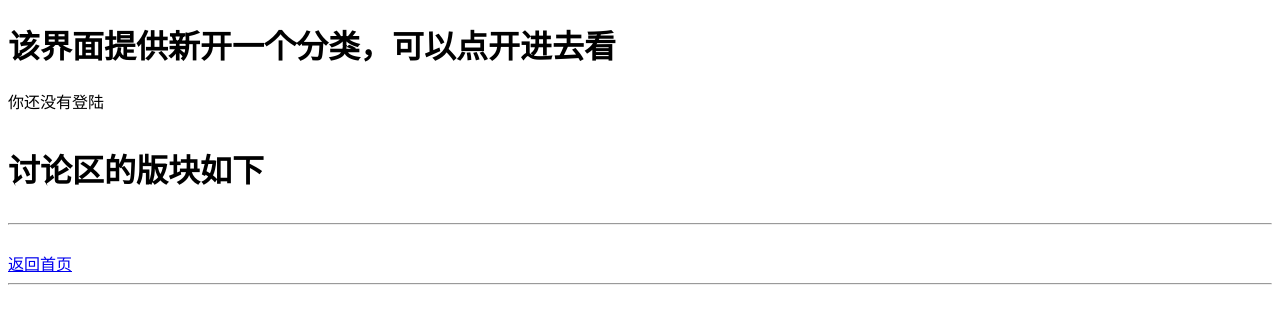
Repository: hbisheng/Academic-portal-website
Page: http://localhost/NewInfo/admin/discussion_manage.jsp
An editor plug-in stored every save of this project. The page is shown before and after a run of saves, followed by the edit.
The browser window is 1280 px wide. The pictures show the whole page.
The page is served by Tomcat 9. Queries for data that is not in the repository find no rows.

Above is the page before, as saved 2014-09-20 15:23:03.

After the next 2 saves:
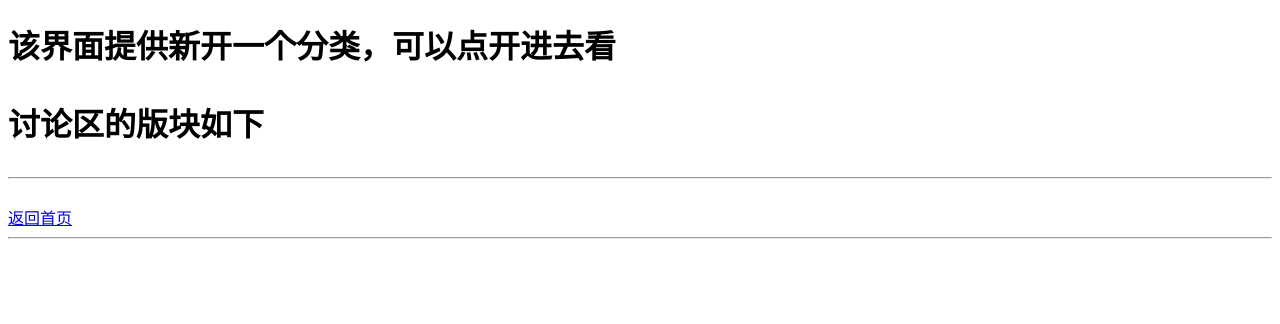
The 2 saves are shown as one change because 1 did not build or start.
The last was saved 16 s later.
--- a/Java_info/NewInfo/WebContent/admin/discussion_manage.jsp
+++ b/Java_info/NewInfo/WebContent/admin/discussion_manage.jsp
@@ -21,10 +21,7 @@
 <%
 	JdbcDao jdbc = new JdbcDao();
 	List<Integer> c=null;
-	User user = (User)session.getAttribute("user");
 	c = jdbc.getCategoryIndex();
-	if(user==null)
-		out.println("你还没有登陆");
 	int cnt = 0;
 %>
 
